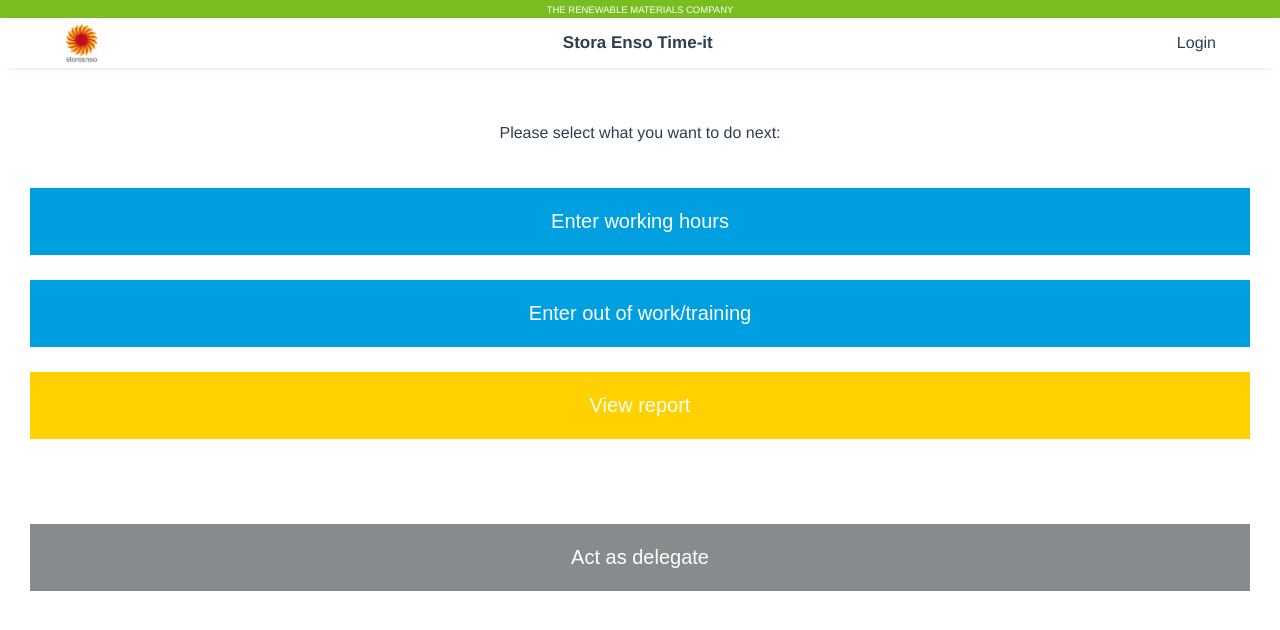
Repository: marianreha/vue-timeit
Page: /
An editor plug-in stored every save of this project. The page is shown before and after the next save, followed by the edit.
The browser window is 1280 px wide. The pictures show the whole page.
Some web fonts or font styles are not loaded; a fallback is used. The project was rebuilt for these pictures with package versions that can differ from the ones it lists, and the page was loaded fresh each time. Also part of the build but not shown: vue.config.js.

Above is the page before, as saved 2020-03-29 21:34:04.

After the next save:
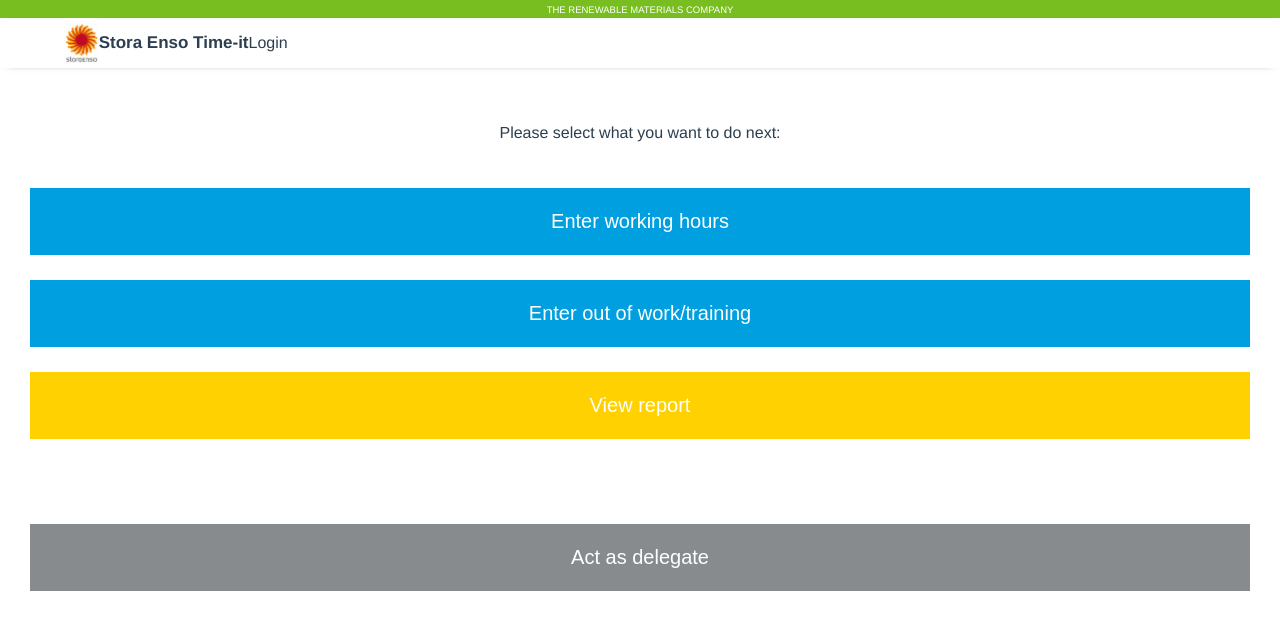
Saved 82 s later.
--- a/src/components/Navbar.vue
+++ b/src/components/Navbar.vue
@@ -31,7 +31,8 @@
 .navbar {
     display: flex;
     height: 2rem;
-    justify-content: space-between;
+    /* justify-content: space-between; */
+    justify-content: LEFT;
     align-items: center;
     padding: 25px 5%;
     box-shadow: 0 3px 8px -8px;
